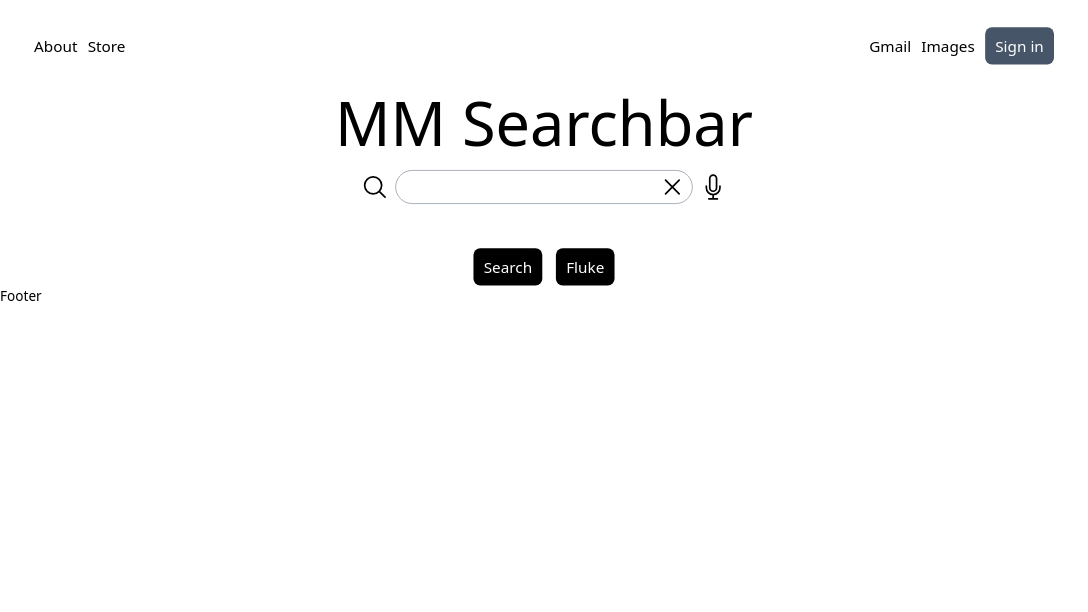
Repository: michalmilek/minigoogle
Page: /
These files come from the project's save history. The page is drawn as it stood at one moment and after the next save; the edit follows.
The browser window is 1280 px wide. The pictures show the whole page, at 85% of full size.
The page's requests for data from a server got no answer. The project was rebuilt for these pictures with package versions that can differ from the ones it lists, and the page was loaded fresh each time. The framework's server and built-in components were replaced by stand-ins that run in the browser. No one was signed in, and anything a server would have sent is missing. Also part of the build but not shown: next.config.js.

Above is the page before, as saved 2023-02-13 13:48:51.

After the next save:
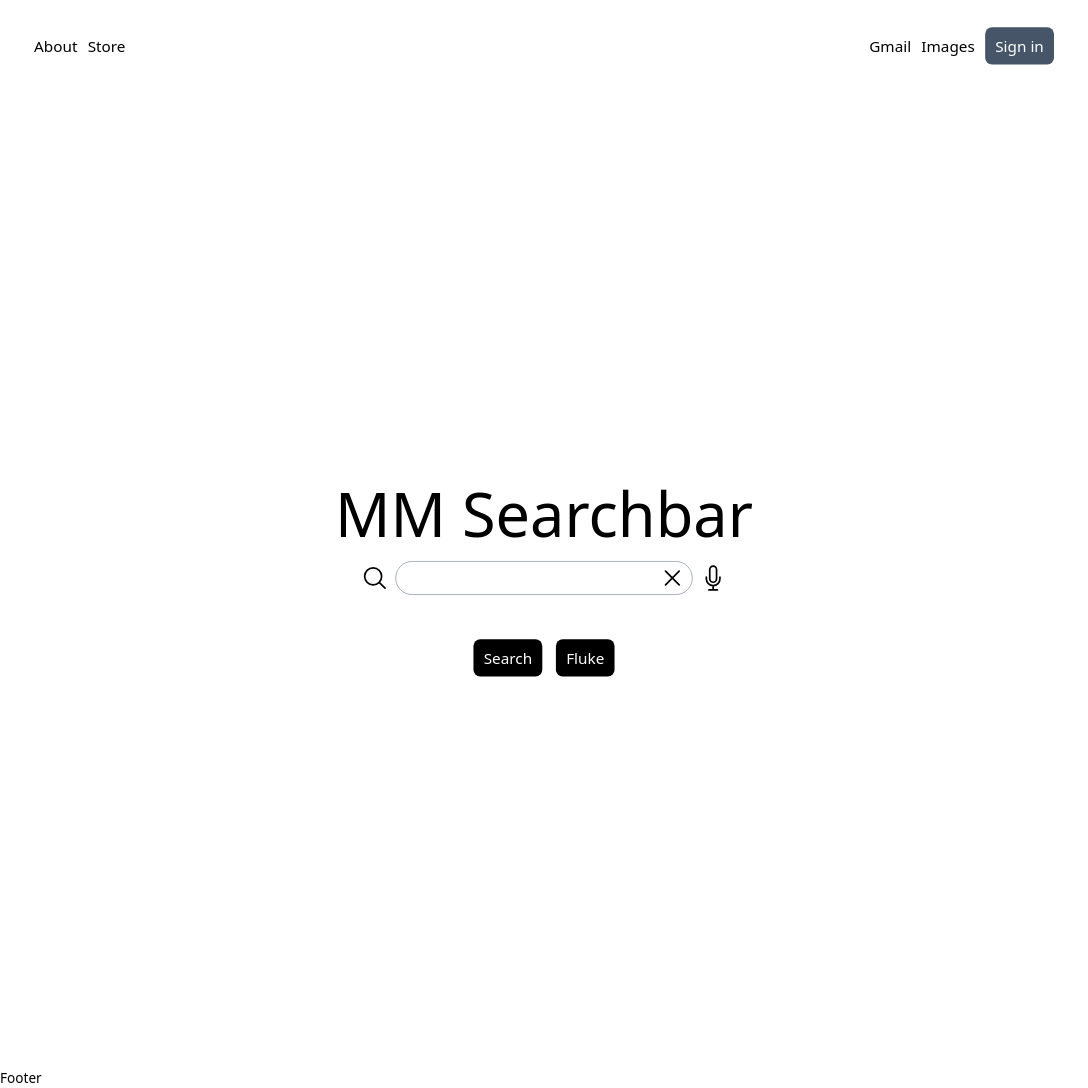
Saved 7 s later.
--- a/pages/index.tsx
+++ b/pages/index.tsx
@@ -26,7 +26,7 @@
           href="/favicon.ico"
         />
       </Head>
-      <div className="flex flex-col min-w-[100vw] justify-between">
+      <div className="flex flex-col min-h-[100vw] justify-between">
         <Header />
 
         <form className="flex flex-col items-center justify-center gap-5">

After the save that followed:
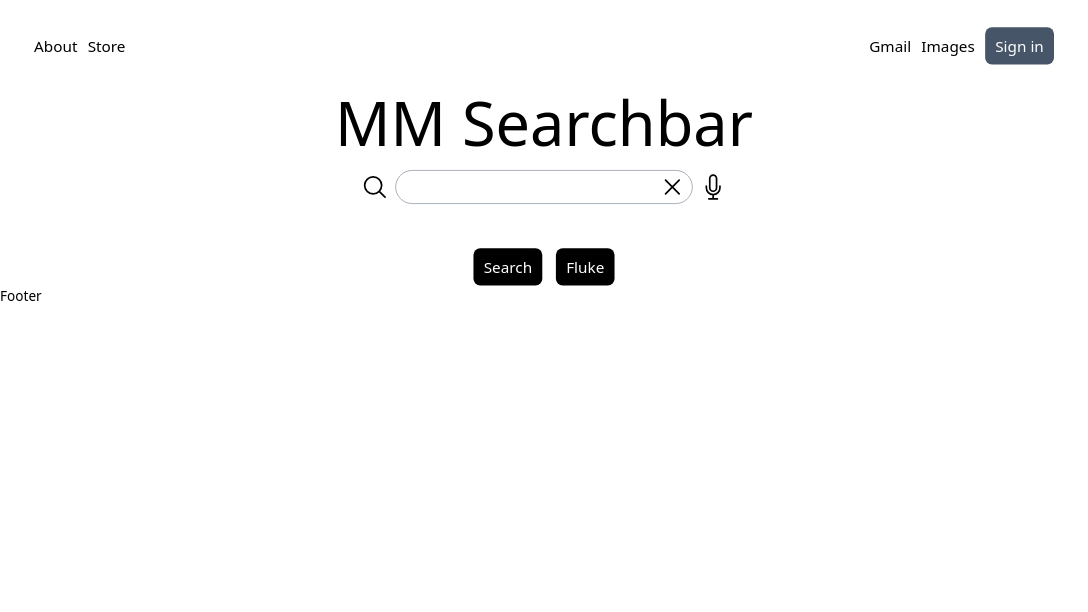
Saved 43 s later.
--- a/pages/index.tsx
+++ b/pages/index.tsx
@@ -10,7 +10,7 @@
 
 export default function Home() {
   return (
-    <>
+    <div className="flex flex-col min-w-[100vw] justify-between">
       <Head>
         <title>Create Next App</title>
         <meta
@@ -26,36 +26,34 @@
           href="/favicon.ico"
         />
       </Head>
-      <div className="flex flex-col min-h-[100vw] justify-between">
-        <Header />
+      <Header />
 
-        <form className="flex flex-col items-center justify-center gap-5">
-          <h1 className="md:text-7xl text-3xl">MM Searchbar</h1>
-          <div className="flex flex-grow flex-shrink gap-2 items-center justify-center">
-            <button type="submit">
-              <MagnifyingGlassIcon className="h-8 cursor-pointer" />
-            </button>
-            <div className="relative flex w-[90%] md:w-[350px]">
-              <input
-                type="text"
-                className="border transition-all outline-none ring-0 focus:drop-shadow-2xl  text-base w-[100%] h-[100%] px-4 py-2 border-gray-400 rounded-full"
-              />
-              <XMarkIcon className="cursor-pointer h-8 absolute top-[50%] right-2 translate-y-[-50%]" />
-            </div>
-            <MicrophoneIcon className="h-8 cursor-pointer" />
+      <form className="flex flex-col items-center justify-center gap-5">
+        <h1 className="md:text-7xl text-3xl">MM Searchbar</h1>
+        <div className="flex flex-grow flex-shrink gap-2 items-center justify-center">
+          <button type="submit">
+            <MagnifyingGlassIcon className="h-8 cursor-pointer" />
+          </button>
+          <div className="relative flex w-[90%] md:w-[350px]">
+            <input
+              type="text"
+              className="border transition-all outline-none ring-0 focus:drop-shadow-2xl  text-base w-[100%] h-[100%] px-4 py-2 border-gray-400 rounded-full"
+            />
+            <XMarkIcon className="cursor-pointer h-8 absolute top-[50%] right-2 translate-y-[-50%]" />
           </div>
-          <div className="flex flex-col md:flex-row mt-8 gap-4 md:text-lg">
-            <button className="bg-black hover:scale-110 transition-all text-white px-3 py-2 rounded-lg">
-              Search
-            </button>
-            <button className="bg-black hover:scale-110 transition-all text-white px-3 py-2 rounded-lg">
-              Fluke
-            </button>
-          </div>
-        </form>
+          <MicrophoneIcon className="h-8 cursor-pointer" />
+        </div>
+        <div className="flex flex-col md:flex-row mt-8 gap-4 md:text-lg">
+          <button className="bg-black hover:scale-110 transition-all text-white px-3 py-2 rounded-lg">
+            Search
+          </button>
+          <button className="bg-black hover:scale-110 transition-all text-white px-3 py-2 rounded-lg">
+            Fluke
+          </button>
+        </div>
+      </form>
 
-        <Footer />
-      </div>
-    </>
+      <Footer />
+    </div>
   );
 }
